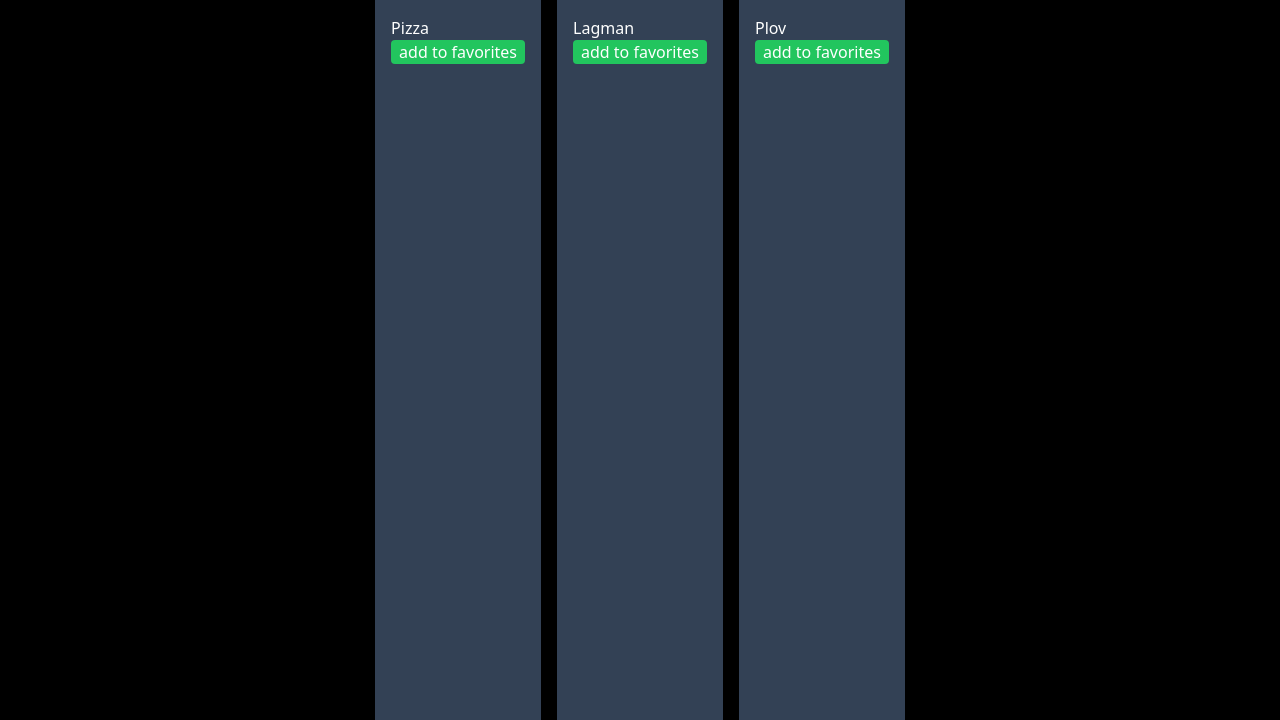
Repository: Nurlan-Bakenbaev/redux-tools
Page: /
The author's editor kept a copy of each file at every save. The page is drawn from the files as they stood at one save, then again after a run of saves.
The browser window is 1280 px wide. The pictures show the whole page.
The project was rebuilt for these pictures with package versions that can differ from the ones it lists, and the page was loaded fresh each time. Also part of the build but not shown: vite.config.js.

Above is the page before, as saved 2023-10-22 22:16:58.

After the next 2 saves:
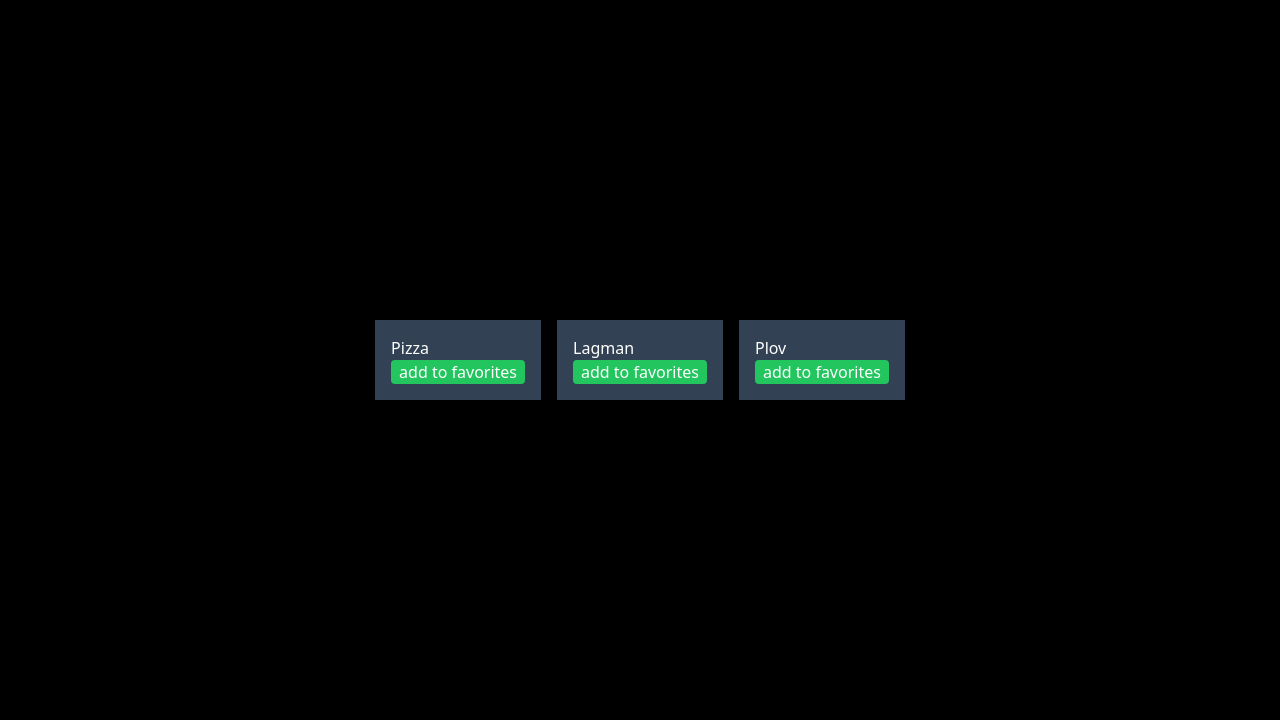
The 2 saves are shown as one change because they came seconds apart.
The last was saved 18 s later.
--- a/src/App.jsx
+++ b/src/App.jsx
@@ -3,7 +3,7 @@ import RicipeItem from "./RicipeItem";
 function App() {
   return (
     <>
-      <div className="flex flex-row gap-4  justify-center item-center h-[100vh]">
+      <div className="flex flex-row gap-4  justify-center items-center h-[100vh]">
         <RicipeItem recipe={{ id: 1, name: "Pizza" }} />
         <RicipeItem recipe={{ id: 2, name: "Lagman" }} />
         <RicipeItem recipe={{ id: 3, name: "Plov" }} />
